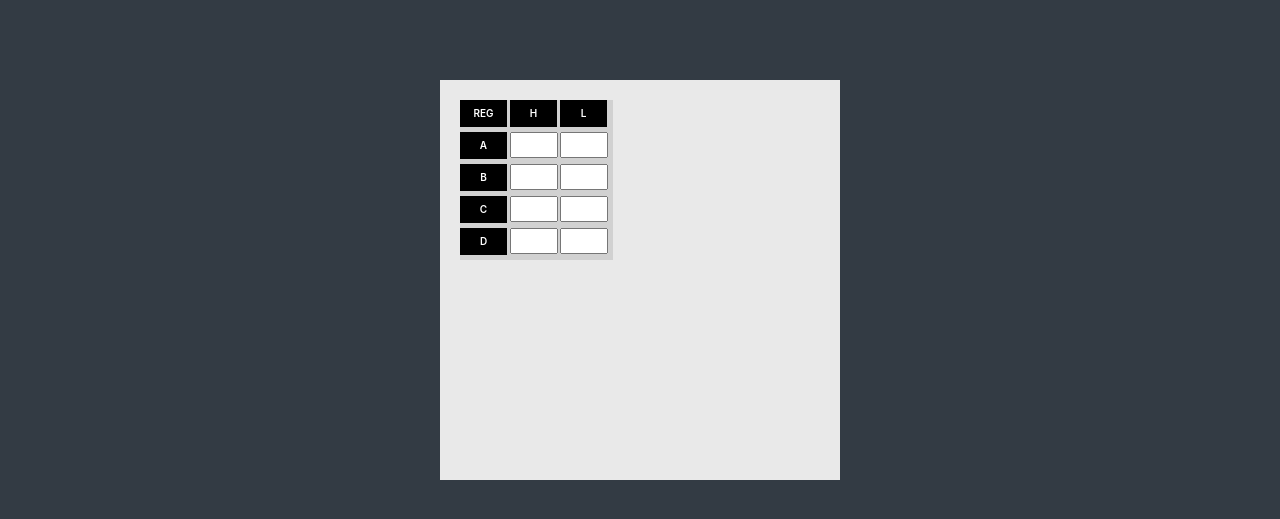
Repository: piookr-wsei/8086
Page: /
These files come from the project's save history. The page is drawn as it stood at one moment and after the next save; the edit follows.
The browser window is 1280 px wide. The pictures show the whole page.
The project was rebuilt for these pictures with package versions that can differ from the ones it lists, and the page was loaded fresh each time.

Above is the page before, as saved 2022-06-18 19:39:38.

### src/App.js
import logo from './logo.svg';
import './App.css';
import { RegDesc, RegInput, RegWrapper, UiWindow, UiWrapper, SettingsWrapper } from './Components/Components.elements';

function App() {
  return (
    <div className="App">
      <UiWindow>
        <UiWrapper>
          <RegWrapper>
            <RegDesc textContent={"REG"}/>  <RegDesc textContent={"H"}/>  <RegDesc textContent={"L"}/>

            <RegDesc textContent={"A"}/>  <RegInput maxLength={2}/> <RegInput maxLength={2}/>
            <RegDesc textContent={"B"}/>  <RegInput maxLength={2}/> <RegInput maxLength={2}/>
            <RegDesc textContent={"C"} />  <RegInput maxLength={2}/> <RegInput maxLength={2}/>
            <RegDesc textContent={"D"}/>  <RegInput maxLength={2}/> <RegInput maxLength={2}/>
          </RegWrapper>

          <SettingsWrapper>

          </SettingsWrapper>

        </UiWrapper>
      </UiWindow>

    </div>
  );
}

export default App;

### src/App.css
body{
  height: 100%;
  background: rgba(1, 10, 22, 0.8);
}
.App {

}

.App-logo {
  height: 40vmin;
  pointer-events: none;
}

@media (prefers-reduced-motion: no-preference) {
  .App-logo {
    animation: App-logo-spin infinite 20s linear;
  }
}

.App-header {
  background-color: #282c34;
  min-height: 100vh;
  display: flex;
  flex-direction: column;
  align-items: center;
  justify-content: center;
  font-size: calc(10px + 2vmin);
  color: white;
}

.App-link {
  color: #61dafb;
}

@keyframes App-logo-spin {
  from {
    transform: rotate(0deg);
  }
  to {
    transform: rotate(360deg);
  }
}

### src/Components/Components.elements.js
import styled from "styled-components";

export const UiWindow = styled.div`
height: 400px;
width: 400px;
background: rgb(233,233,233);
position: relative;
margin: auto;
top: 80px;
`

export const UiWrapper = styled.div`
border: 20px solid transparent;

`

export const RegWrapper = styled.div`
width: 153px;
background: rgba(0,0,0,0.1);
position: relative;
left: 0;
display: grid;
grid-template-columns: 50px 50px 50px;
`

export const RegInput = styled.input`
height: 20px;
width: 40px;
margin-bottom:5px;
text-align: center;
`

export const SettingsWrapper = styled.div`
width: 153px;
background: black;
position: relative;
right: 0;
display: grid;
grid-template-columns: 50px 50px 50px;
`

export const RegDescSC = styled.div`
height: 27px;
width: 47px;
background: black;
margin-bottom:5px;
color: white;
font-weight: 600;
`

export const DescText = styled.p`
font-size: 10px;
text-align: center;
position: relative;
top: -3px;
`

export function RegDesc(props){
    return(
        <RegDescSC>
            <DescText>{props.textContent}</DescText>
        </RegDescSC>
    )
}

Loaded but not shown: public/index.html (common file); src/index.js (common file); src/index.css (common file); src/reportWebVitals.js (common file)

After the next save:
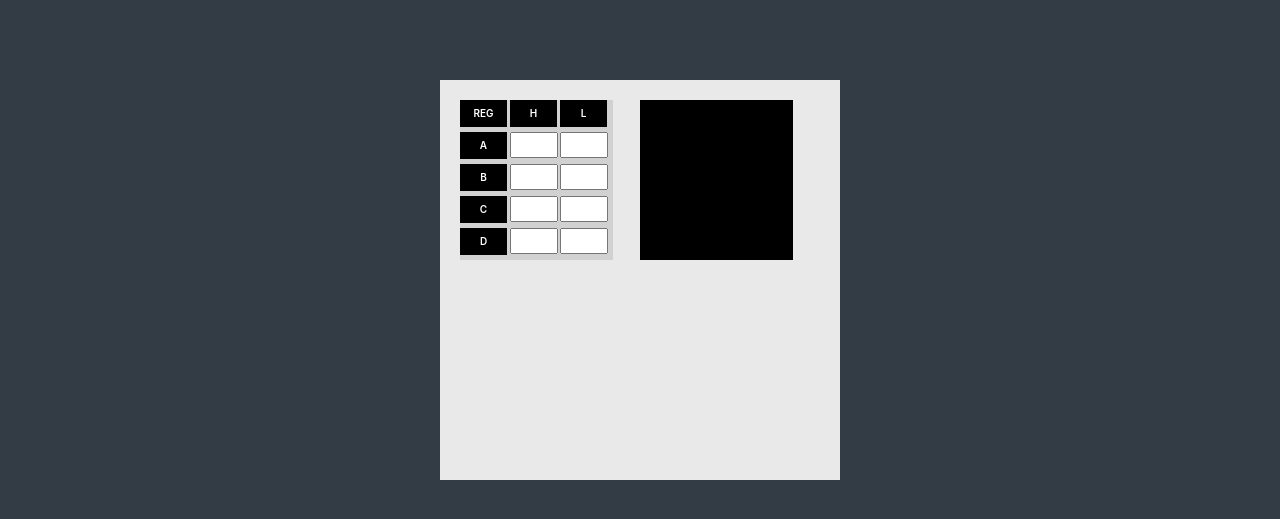
Saved 38 s later.
--- a/src/Components/Components.elements.js
+++ b/src/Components/Components.elements.js
@@ -11,7 +11,8 @@ top: 80px;
 
 export const UiWrapper = styled.div`
 border: 20px solid transparent;
-
+display: grid;
+grid-template-columns: 1fr 1fr;
 `
 
 export const RegWrapper = styled.div`
